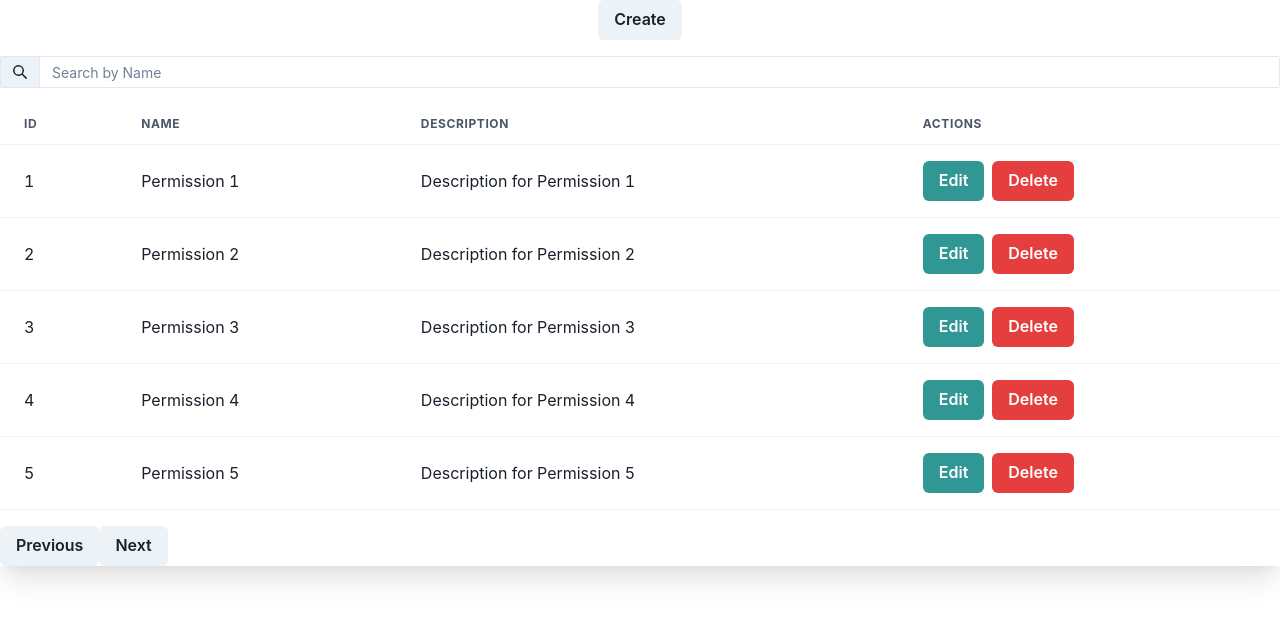
Repository: Andarg01/chakra-dashboard
Page: /
The author's editor kept a copy of each file at every save. The page is drawn from the files as they stood at one save, then again after the next save.
The browser window is 1280 px wide. The pictures show the whole page.
The project was rebuilt for these pictures with package versions that can differ from the ones it lists, and the page was loaded fresh each time.

Above is the page before, as saved 2024-03-05 01:05:02.

### src/index.tsx
import React from 'react';
import ReactDOM from 'react-dom/client';
import './index.css';
import App from './App';

import { ChakraProvider } from '@chakra-ui/react';


const root = ReactDOM.createRoot(
  document.getElementById('root') as HTMLElement
);
root.render(

  <React.StrictMode>
  <ChakraProvider>
    <App />
    </ChakraProvider>
  </React.StrictMode>

);

### src/App.tsx
import React from 'react';

import './App.css';
import PermissionPage from './PermissionPage';

function App() {
  return (
    <div className="App">
     {/* <ProductPages/> */}
     <PermissionPage/>

    </div>
  );
}

export default App;

### src/PermissionPage.tsx


// import React, { useState } from 'react';
// import {
//   Box,
//   Button,
//   Table,
//   Tbody,
//   Td,
//   Th,
//   Thead,
//   Tr,
//   useDisclosure,
//   Modal,
//   ModalOverlay,
//   ModalContent,
//   ModalHeader,
//   ModalFooter,
//   ModalBody,
//   ModalCloseButton,
//   Input,
//   InputLeftElement,
//   IconButton,
//   Stack,
//   FormControl,
//   FormLabel,
// } from '@chakra-ui/react';
// import { SearchIcon } from '@chakra-ui/icons';

// interface Permission {
//   id: number;
//   name: string;
//   description: string;
// }

// const PermissionPage: React.FC = () => {
//   const [permissions, setPermissions] = useState<Permission[]>([
//     { id: 1, name: 'Permission 1', description: 'Description for Permission 1' },
//     { id: 2, name: 'Permission 2', description: 'Description for Permission 2' },
//     // ... (add more permissions as needed)
//   ]);

//   const [currentPage, setCurrentPage] = useState(1);
//   const [pageSize] = useState(5);
//   const [newPermission, setNewPermission] = useState<Permission>({ id: 0, name: '', description: '' });
//   const [nameFilter, setNameFilter] = useState('');

//   const { isOpen, onOpen, onClose } = useDisclosure();
//   const [deleteId, setDeleteId] = useState<number | null>(null);

//   const handleCreate = () => {
//     setNewPermission({ id: 0, name: '', description: '' });
//     onOpen();
//   };

//   const handleSave = () => {
//     if (newPermission.id === 0) {
//       const updatedPermissions = [...permissions, { ...newPermission, id: permissions.length + 1 }];
//       setPermissions(updatedPermissions);
//     } else {
//       const updatedPermissions = permissions.map(permission =>
//         permission.id === newPermission.id ? newPermission : permission
//       );
//       setPermissions(updatedPermissions);
//     }
//     onClose();
//   };

//   const handleEdit = (id: number) => {
//     const permissionToEdit = permissions.find(permission => permission.id === id);
//     if (permissionToEdit) {
//       setNewPermission(permissionToEdit);
//       onOpen();
//     }
//   };

//   const handleDelete = (id: number) => {
//     setDeleteId(id);
//     onOpen();
//   };

//   const handleConfirmDelete = () => {
//     const updatedPermissions = permissions.filter(permission => permission.id !== deleteId);
//     setPermissions(updatedPermissions);
//     onClose();
//   };

//   const handleSearchByName = (event: React.ChangeEvent<HTMLInputElement>) => {
//     setNameFilter(event.target.value);
//     setCurrentPage(1);
//   };

//   const filteredPermissions = permissions.filter(permission =>
//     permission.name.toLowerCase().includes(nameFilter.toLowerCase())
//   );

//   const totalPages = Math.ceil(filteredPermissions.length / pageSize);
//   const lastIndex = currentPage * pageSize;
//   const firstIndex = lastIndex - pageSize;
//   const currentPermissions = filteredPermissions.slice(firstIndex, lastIndex);

//   const nextPage = () => {
//     if (currentPage < totalPages) {
//       setCurrentPage(currentPage + 1);
//     }
//   };

//   const prevPage = () => {
//     if (currentPage > 1) {
//       setCurrentPage(currentPage - 1);
//     }
//   };

//   return (
//     <Box boxShadow="xl">
//       <Stack direction="row" spacing={4} mb={4}>
//         <InputLeftElement pointerEvents="none">
//           <IconButton aria-label="Search" icon={<SearchIcon />} />
//         </InputLeftElement>
//         <Input
//           placeholder="Search by Name"
//           value={nameFilter}
//           onChange={handleSearchByName}
//         />
//       </Stack>

//       <Table variant="simple">
//         <Thead>
//           <Tr>
//             <Th>ID</Th>
//             <Th>Name</Th>
//             <Th>Description</Th>
//             <Th>Actions</Th>
//           </Tr>
//         </Thead>
//         <Tbody>
//           {currentPermissions.map(permission => (
//             <Tr key={permission.id}>
//               <Td>{permission.id}</Td>
//               <Td>{permission.name}</Td>
//               <Td>{permission.description}</Td>
//               <Td>
//                 <Button colorScheme="teal" onClick={() => handleEdit(permission.id)}>
//                   Edit
//                 </Button>
//                 <Button colorScheme="red" ml={2} onClick={() => handleDelete(permission.id)}>
//                   Delete
//                 </Button>
//               </Td>
//             </Tr>
//           ))}
//         </Tbody>
//       </Table>

//       <Box mt={4} display="flex" justifyContent="space-between" alignItems="center">
//         <Button onClick={handleCreate}>Create</Button>
//         <Box>
//           <Button disabled={currentPage === 1} onClick={prevPage}>
//             Previous
//           </Button>
//           <Button disabled={currentPage === totalPages} onClick={nextPage}>
//             Next
//           </Button>
//         </Box>
//       </Box>

//       <Modal isOpen={isOpen} onClose={onClose}>
//         <ModalOverlay />
//         <ModalContent>
//           <ModalHeader>Confirm Delete</ModalHeader>
//           <ModalCloseButton />
//           <ModalBody>Are you sure you want to delete this permission?</ModalBody>
//           <ModalFooter>
//             <Button colorScheme="red" onClick={handleConfirmDelete}>
//               Yes
//             </Button>
//             <Button onClick={onClose}>No</Button>
//           </ModalFooter>
//         </ModalContent>
//       </Modal>

//       <Modal isOpen={isOpen} onClose={onClose}>
//         <ModalOverlay />
//         <ModalContent>
//           <ModalHeader>{newPermission.id === 0 ? 'Create' : 'Edit'} Permission</ModalHeader>
//           <ModalCloseButton />
//           <ModalBody>
//             <FormControl>
//               <FormLabel>Name</FormLabel>
//               <Input
//                 value={newPermission.name}
//                 onChange={(e) => setNewPermission({ ...newPermission, name: e.target.value })}
//               />
//             </FormControl>
//             <FormControl mt={4}>
//               <FormLabel>Description</FormLabel>
//               <Input
//                 value={newPermission.description}
//                 onChange={(e) => setNewPermission({ ...newPermission, description: e.target.value })}
//               />
//             </FormControl>
//           </ModalBody>
//           <ModalFooter>
//             <Button colorScheme="blue" onClick={handleSave}>
//               Save
//             </Button>
//             <Button onClick={onClose}>Cancel</Button>
//           </ModalFooter>
//         </ModalContent>
//       </Modal>
//     </Box>
//   );
// };

// export default PermissionPage;











import React, { useState } from 'react';
import {
  Box,
  Button,
  Table,
  Tbody,
  Td,
  Th,
  Thead,
  Tr,
  useDisclosure,
  Modal,
  ModalOverlay,
  ModalContent,
  ModalHeader,
  ModalFooter,
  ModalBody,
  ModalCloseButton,
  Input,
  FormControl,
  FormLabel,
  Stack,
  InputLeftAddon,
  IconButton,
  InputGroup,
  InputLeftElement
} from '@chakra-ui/react';
// Importing SearchIcon from Chakra UI
import { SearchIcon } from '@chakra-ui/icons';

interface Permission {
  id: number;
  name: string;
  description: string;
}

const PermissionPage: React.FC = () => {
  const [permissions, setPermissions] = useState<Permission[]>([
    { id: 1, name: 'Permission 1', description: 'Description for Permission 1' },
    { id: 2, name: 'Permission 2', description: 'Description for Permission 2' },
    { id: 3, name: 'Permission 3', description: 'Description for Permission 3' },
    { id: 4, name: 'Permission 4', description: 'Description for Permission 4' },
    { id: 5, name: 'Permission 5', description: 'Description for Permission 5' },
    { id: 6, name: 'Permission 6', description: 'Description for Permission 6' },
    { id: 7, name: 'Permission 7', description: 'Description for Permission 7' },
    { id: 8, name: 'Permission 8', description: 'Description for Permission 8' },
    { id: 9, name: 'Permission 9', description: 'Description for Permission 9' },
    { id: 10, name: 'Permission 10', description: 'Description for Permission 10' },
  ]);
  const [currentPage, setCurrentPage] = useState(1);
  const [pageSize] = useState(5); // Change this as per your requirement
  const [newPermission, setNewPermission] = useState<Permission>({ id: 0, name: '', description: '' });
  const [nameFilter, setNameFilter] = useState('');

  // Modal state
  const { isOpen, onOpen, onClose } = useDisclosure();
  const [deleteId, setDeleteId] = useState<number | null>(null);



  const handleSearchByName = (event: React.ChangeEvent<HTMLInputElement>) => {
    setNameFilter(event.target.value);
    setCurrentPage(1);
  };

  // Apply the name filter to the displayed permissions
  const filteredPermissions = permissions.filter(permission =>
    permission.name.toLowerCase().includes(nameFilter.toLowerCase())
  );
  // CRUD functions
  const handleCreate = () => {
    setNewPermission({ id: 0, name: '', description: '' });
    onOpen();
  };

  const handleSave = () => {
    // Logic to save or update permission
    if (newPermission.id === 0) {
      // Create new permission
      const updatedPermissions = [...permissions, { ...newPermission, id: permissions.length + 1 }];
      setPermissions(updatedPermissions);
    } else {
      // Update existing permission
      const updatedPermissions = permissions.map(permission =>
        permission.id === newPermission.id ? newPermission : permission
      );
      setPermissions(updatedPermissions);
    }
    onClose();
  };

  const handleEdit = (id: number) => {
    // Find permission with given ID
    const permissionToEdit = permissions.find(permission => permission.id === id);
    if (permissionToEdit) {
      setNewPermission(permissionToEdit);
      onOpen();
    }
  };

  const handleDelete = (id: number) => {
    // Show confirmation modal
    setDeleteId(id);
    onOpen();
  };

  const handleConfirmDelete = () => {
    // Logic to delete permission with given ID
    const updatedPermissions = permissions.filter(permission => permission.id !== deleteId);
    setPermissions(updatedPermissions);
    onClose();
  };

  // Pagination functions
  const totalPages = Math.ceil(permissions.length / pageSize);
  const lastIndex = currentPage * pageSize;
  const firstIndex = lastIndex - pageSize;
  const currentPermissions = permissions.slice(firstIndex, lastIndex);

  const nextPage = () => {
    if (currentPage < totalPages) {
      setCurrentPage(currentPage + 1);
    }
  };

  const prevPage = () => {
    if (currentPage > 1) {
      setCurrentPage(currentPage - 1);
    }
  };

  return (
    <Box boxShadow="xl">

    <Button onClick={handleCreate} mb={4}>
        Create
      </Button>
      <Stack direction="row" spacing={4} mb={4} align="center">
        {/* Modified InputGroup for a smaller search field */}
        <InputGroup size="sm">
          <InputLeftAddon children={<SearchIcon />} />
          <Input placeholder="Search by Name" value={nameFilter} onChange={handleSearchByName} />
        </InputGroup>
      </Stack>

      <Table variant="simple">
        <Thead>
          <Tr>
            <Th>ID</Th>
            <Th>Name</Th>
            <Th>Description</Th>
            <Th>Actions</Th>
          </Tr>
        </Thead>
        <Tbody>
          {currentPermissions.map(permission => (
            <Tr key={permission.id}>
              <Td>{permission.id}</Td>
              <Td>{permission.name}</Td>
              <Td>{permission.description}</Td>
              <Td>
                <Button colorScheme="teal" onClick={() => handleEdit(permission.id)}>Edit</Button>
                <Button colorScheme="red" ml={2} onClick={() => handleDelete(permission.id)}>Delete</Button>
              </Td>
            </Tr>
          ))}
        </Tbody>
      </Table>
      <Box mt={4} display="flex" justifyContent="space-center" alignItems="center">


          <Button disabled={currentPage === 1} onClick={prevPage}>Previous</Button>
          <Button disabled={currentPage === totalPages} onClick={nextPage}>Next</Button>

      </Box>
      {/* Delete Confirmation Modal */}
      <Modal isOpen={isOpen} onClose={onClose}>
        <ModalOverlay />
        <ModalContent>
          <ModalHeader>Confirm Delete</ModalHeader>
          <ModalCloseButton />
          <ModalBody>Are you sure you want to delete this permission?</ModalBody>
          <ModalFooter>
            <Button colorScheme="red" onClick={handleConfirmDelete}>Yes</Button>
            <Button onClick={onClose}>No</Button>
          </ModalFooter>
        </ModalContent>
      </Modal>
      {/* Create/Edit Permission Modal */}
      <Modal isOpen={isOpen} onClose={onClose}>
        <ModalOverlay />
        <ModalContent>
          <ModalHeader>{newPermission.id === 0 ? 'Create' : 'Edit'} Permission</ModalHeader>
          <ModalCloseButton />
          <ModalBody>
            <FormControl>
              <FormLabel>Name</FormLabel>
              <Input value={newPermission.name} onChange={(e) => setNewPermission({ ...newPermission, name: e.target.value })} />
            </FormControl>
            <FormControl mt={4}>
              <FormLabel>Description</FormLabel>
              <Input value={newPermission.description} onChange={(e) => setNewPermission({ ...newPermission, description: e.target.value })} />
            </FormControl>
          </ModalBody>
          <ModalFooter>
            <Button colorScheme="blue" onClick={handleSave}>Save</Button>
            <Button onClick={onClose}>Cancel</Button>
          </ModalFooter>
        </ModalContent>
      </Modal>
    </Box>
  );
};

export default PermissionPage;

Loaded but not shown: public/index.html (common file); src/index.css (common file); src/App.css (common file)

After the next save:
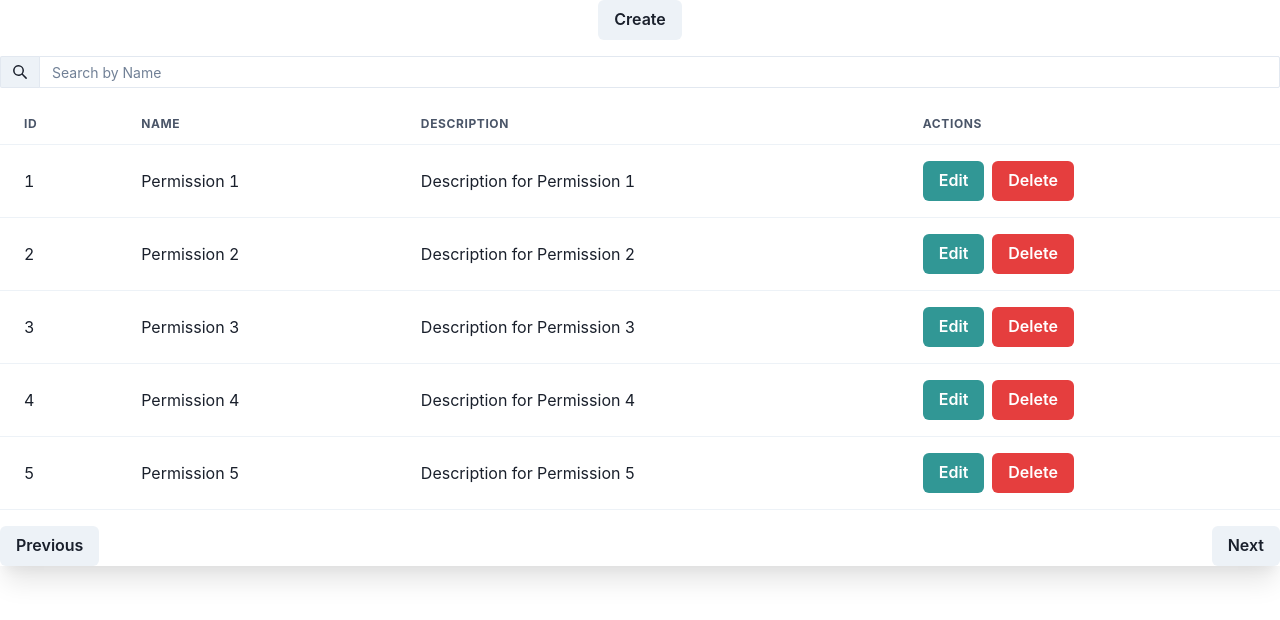
Saved 16 s later.
--- a/src/PermissionPage.tsx
+++ b/src/PermissionPage.tsx
@@ -392,7 +392,7 @@ const PermissionPage: React.FC = () => {
           ))}
         </Tbody>
       </Table>
-      <Box mt={4} display="flex" justifyContent="space-center" alignItems="center">
+      <Box mt={4} display="flex" justifyContent="space-between" alignItems="center">
 
 
           <Button disabled={currentPage === 1} onClick={prevPage}>Previous</Button>
